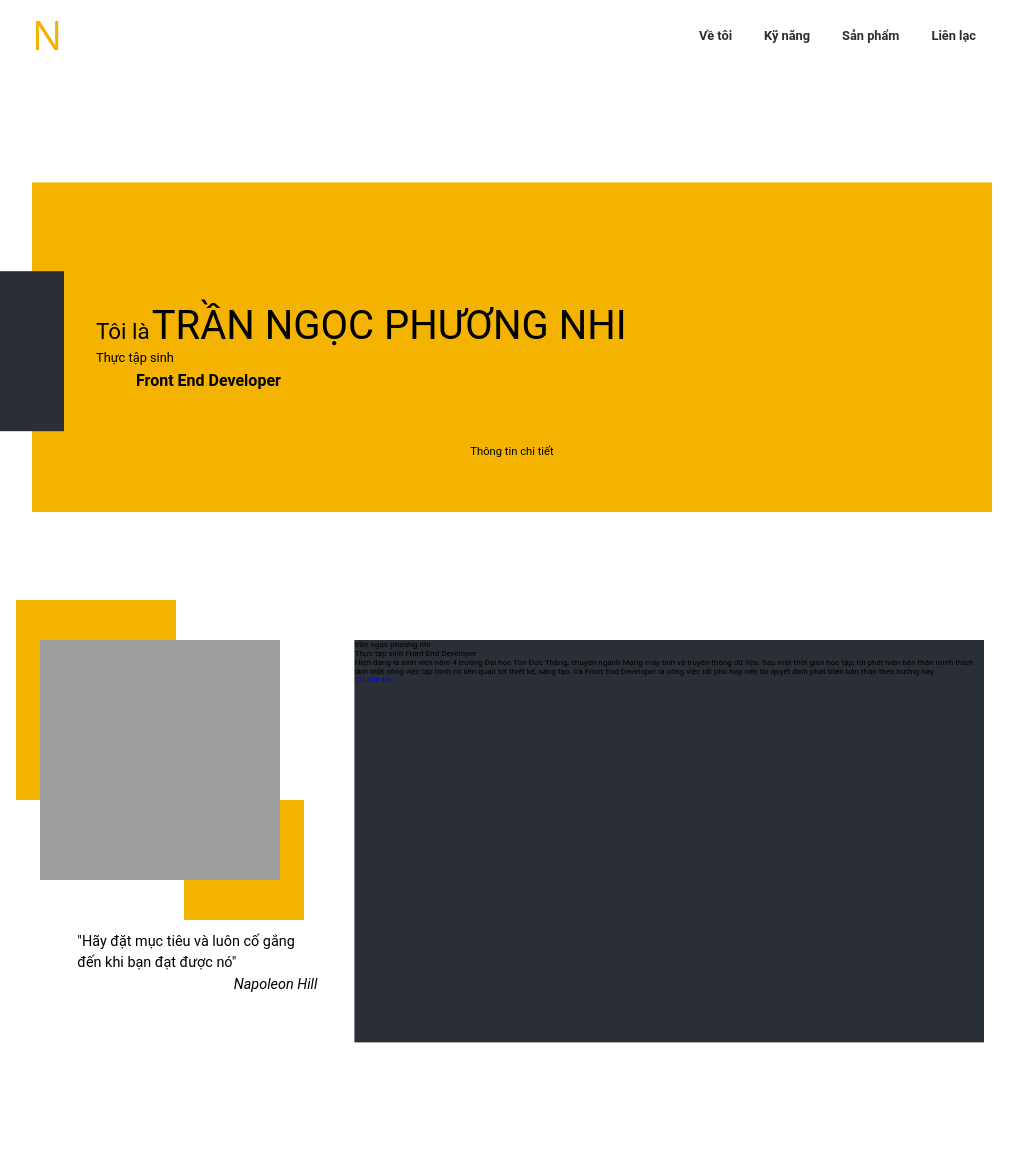
Repository: TranNgocPhuongNhi/my-portfolio
Page: index.html
An editor plug-in stored every save of this project. The page is shown before and after the next save, followed by the edit.
The browser window is 1280 px wide. The pictures show the whole page, at 80% of full size.
Pictures or frames that could not be fetched are drawn as grey boxes. Some icons come from a web library that is not loaded, so they are not drawn. Some web libraries are served in a nearby version.

Above is the page before, as saved 2021-07-04 16:22:41.

After the next save:
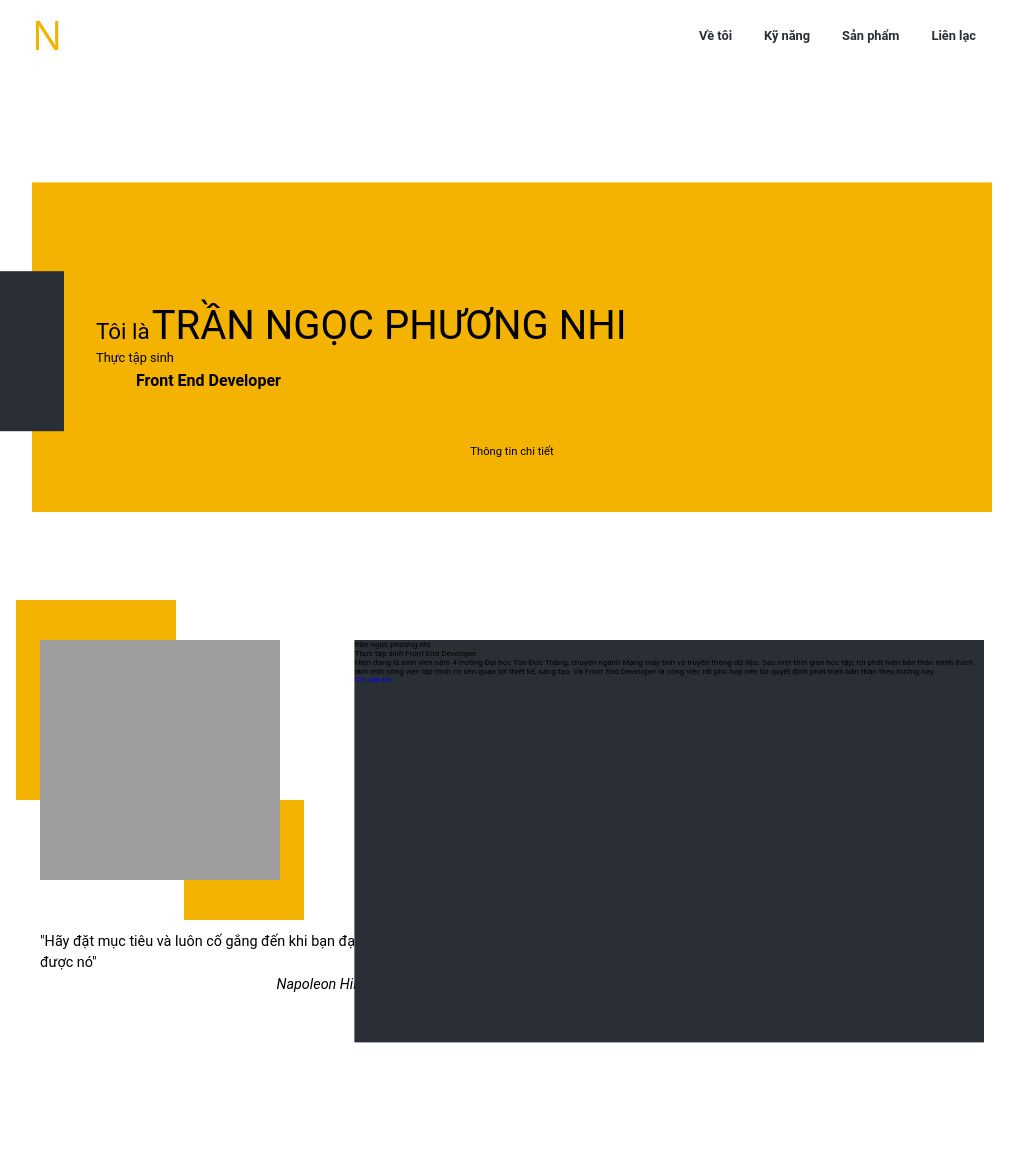
Saved 7 s later.
--- a/resources/css/main.css
+++ b/resources/css/main.css
@@ -200,7 +200,7 @@ a {
 .about__quote {
     font-size: 1.8rem;
     margin: 6rem auto;
-    width: 30rem;
+    width: 40rem;
     line-height: 1.5;
 }
 
